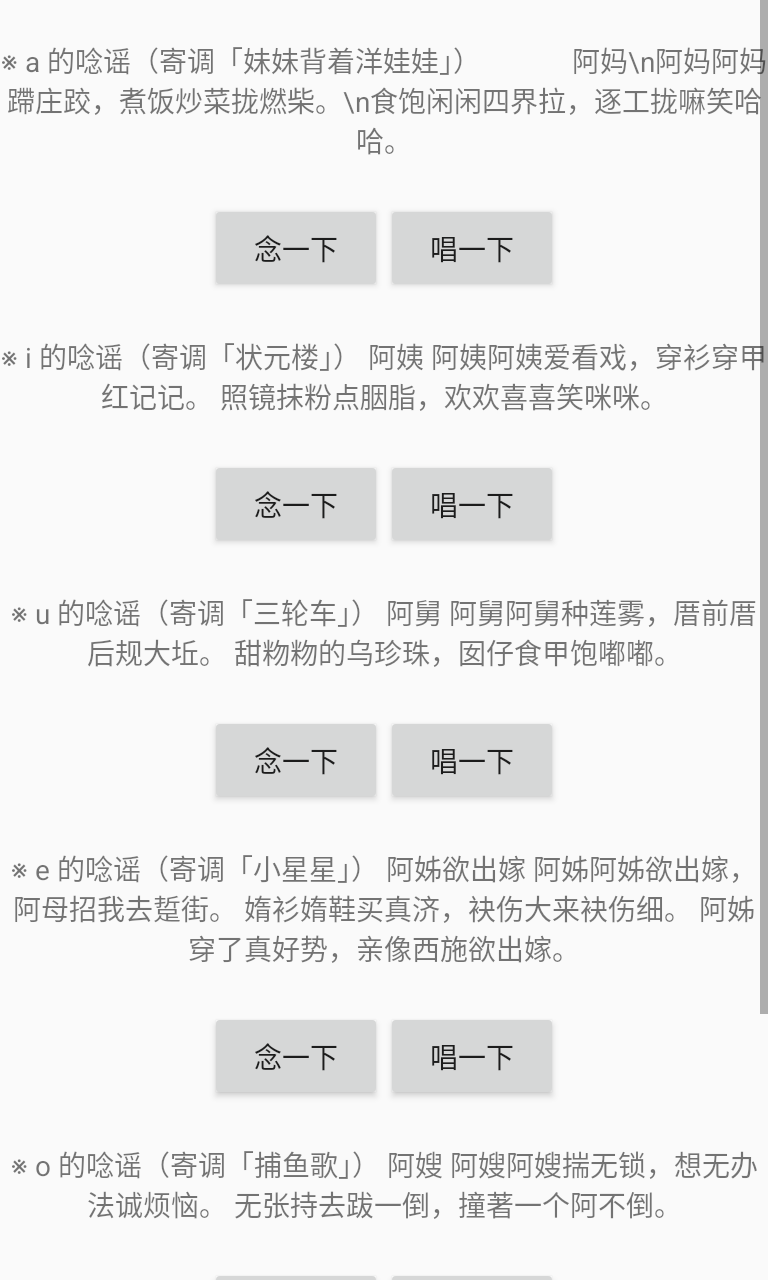
Repository: DIRONY/MinXue
Layout: MinXue/res/layout/fragment_nianyao.xml
An editor plug-in stored every save of this project. The layout is shown before and after the next save, followed by the edit.
It is drawn on a 768 x 1280 px phone screen (xhdpi) without system bars, with theme AppTheme; the app's code is not run.

Above is the layout before, as saved 2014-12-03 06:42:23.

After the next save:
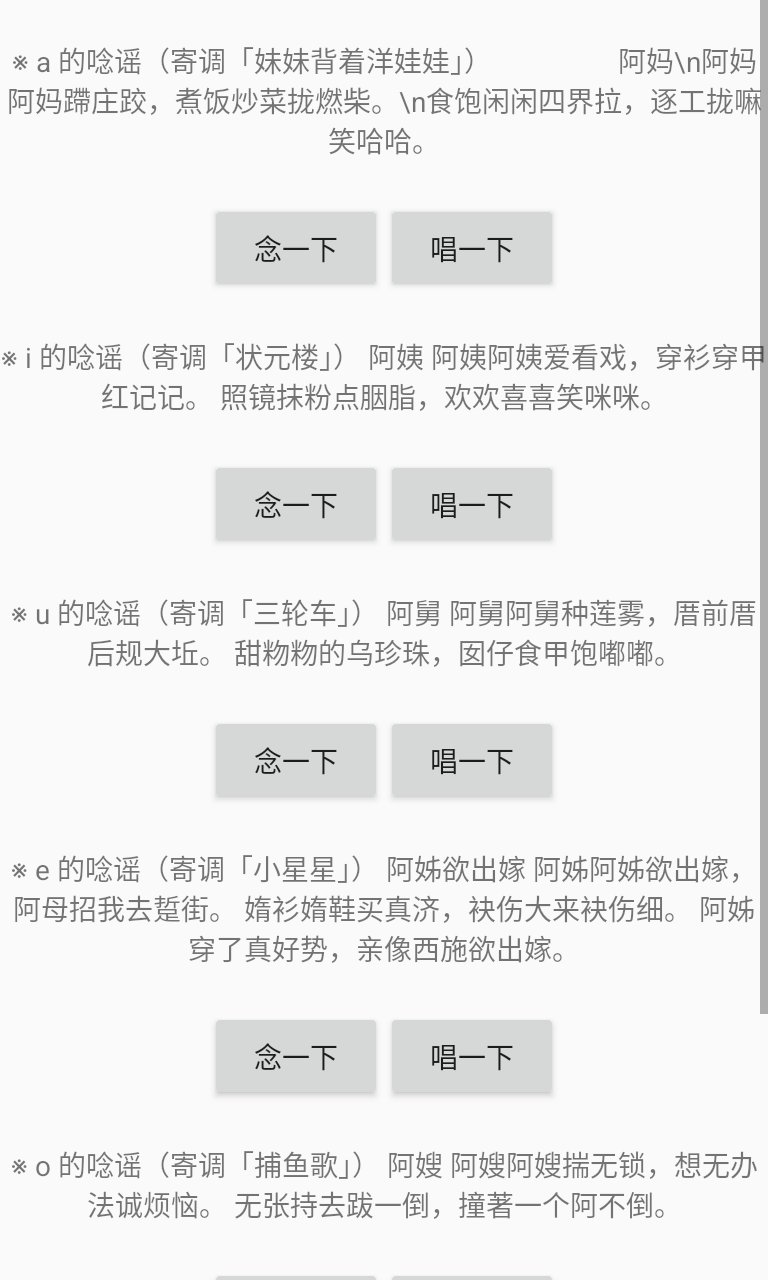
Saved 88 s later.
--- a/MinXue/res/layout/fragment_nianyao.xml
+++ b/MinXue/res/layout/fragment_nianyao.xml
@@ -15,7 +15,7 @@
             android:layout_marginTop="20dp"
             android:gravity="center"
             android:text="※ a 的唸谣（寄调「妹妹背着洋娃娃」）
-            阿妈\n阿妈阿妈蹛庄跤，煮饭炒菜拢燃柴。\n食饱闲闲四界拉，逐工拢嘛笑哈哈。"/>
+                 阿妈\n阿妈阿妈蹛庄跤，煮饭炒菜拢燃柴。\n食饱闲闲四界拉，逐工拢嘛笑哈哈。"/>
 
         <LinearLayout
             android:layout_width="wrap_content"
